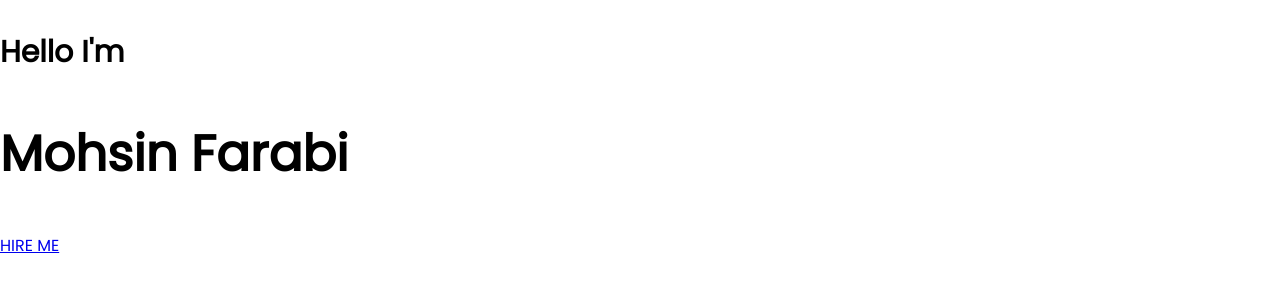
Repository: mohsinfarabi/personal-website
Page: index.html
The author's editor kept a copy of each file at every save. The page is drawn from the files as they stood at one save, then again after the next save.
The browser window is 1280 px wide. The pictures show the whole page.

Above is the page before, as saved 2020-07-01 03:08:45.

### index.html
<!DOCTYPE html>
<html lang="en">

<head>
    <meta charset="UTF-8">
    <meta name="viewport" content="width=device-width, initial-scale=1.0">
    <link href="https://fonts.googleapis.com/css2?family=Poppins" rel="stylesheet">
    <link rel="stylesheet" href="style.css">
    <title>Farabi - Web Developer</title>
</head>

<body>
    <section class="header-part">
        <div class="half-width">
            <h3>Hello I'm</h3>
            <h2>Mohsin Farabi</h2>
            <a class="link-button" target="_blank" href="https://www.linkedin.com/in/mohsin-farabi-68655040/">HIRE ME</a>
        </div>

    </section>



</body>

</html>

### style.css
body {
    margin: 0;
    font-family: 'Poppins', sans-serif;
}

h2 {
    font-size: 50px;
}

h3 {
    font-size: 30px;
}

p {
    color: dimgray;
}

After the next save:
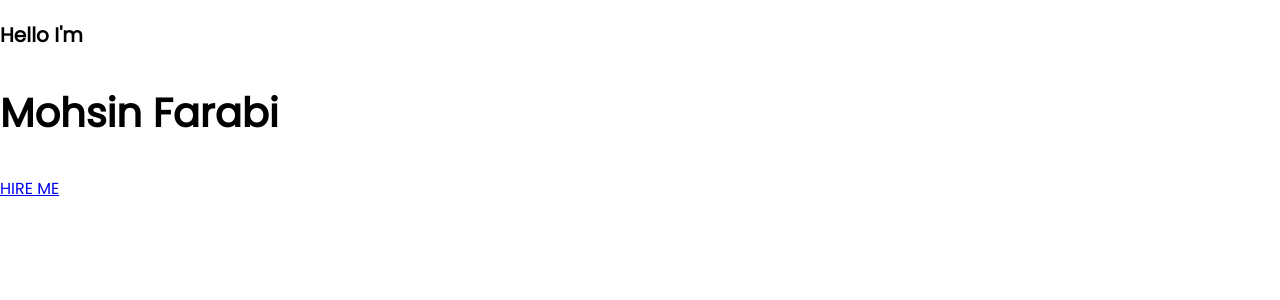
Saved 14 s later.
--- a/style.css
+++ b/style.css
@@ -4,11 +4,11 @@
 }
 
 h2 {
-    font-size: 50px;
+    font-size: 40px;
 }
 
 h3 {
-    font-size: 30px;
+    font-size: 20px;
 }
 
 p {
